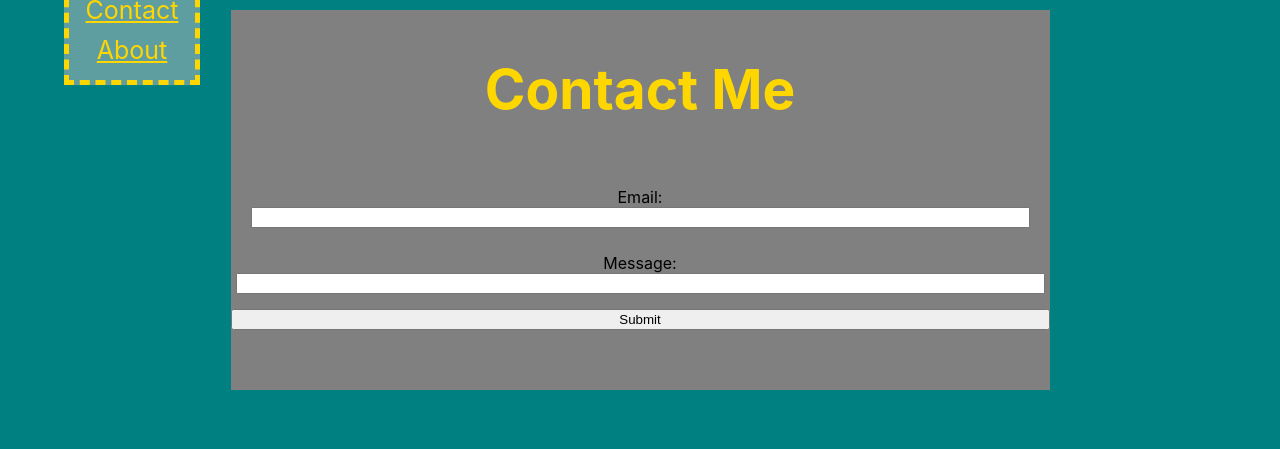
Repository: zeidalidiez/portfolioreact
Page: /Contact
The author's editor kept a copy of each file at every save. The page is drawn from the files as they stood at one save, then again after the next save.
The browser window is 1280 px wide. The pictures show the whole page.
The project was rebuilt for these pictures with package versions that can differ from the ones it lists, and the page was loaded fresh each time. Also part of the build but not shown: src/components/Thumbnail.js, src/components/Projects.js, src/components/About.js.

Above is the page before, as saved 2021-02-08 18:07:38.

After the next save:
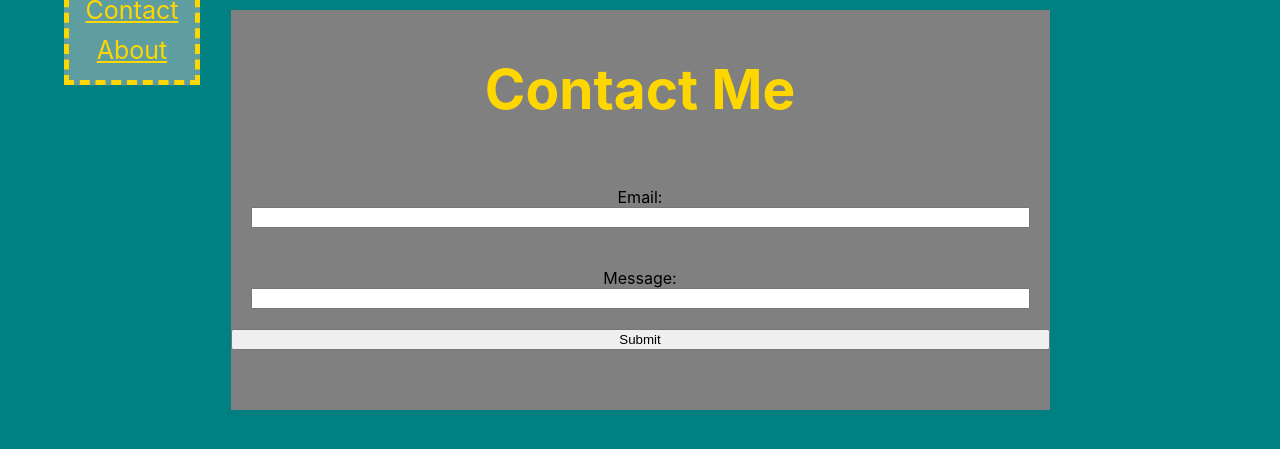
Saved 21 s later.
--- a/src/components/App.css
+++ b/src/components/App.css
@@ -112,6 +112,13 @@ form {
   box-sizing: border-box;
 }
 
+.messageInput {
+  width: 100%;
+  padding: 12px 20px;
+  margin: 8px 0;
+  box-sizing: border-box;
+}
+
 @media screen and (max-width: 800px) {
   .navigation {
     text-align: center;
